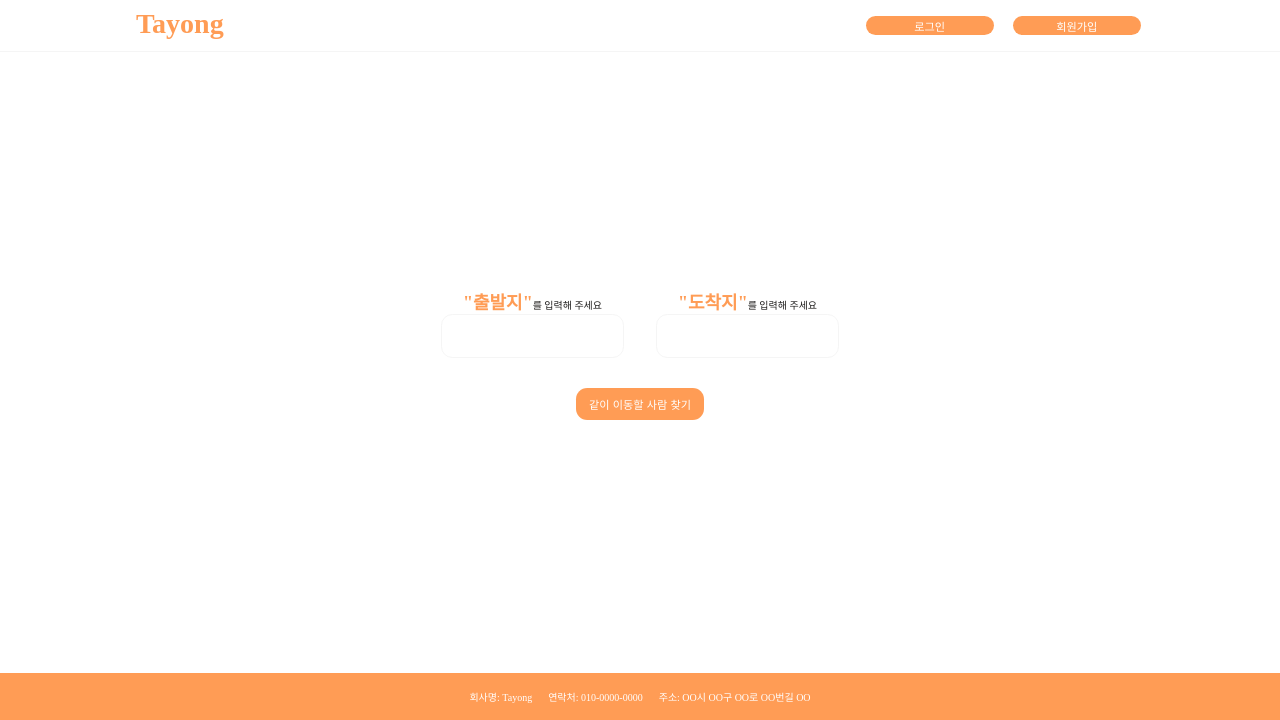
Repository: YEOMJINSEOP/playground
Page: / (app in tayong/)
The author's editor kept a copy of each file at every save. The page is drawn from the files as they stood at one save, then again after the next save.
The browser window is 1280 px wide. The pictures show the whole page.
The project was rebuilt for these pictures with package versions that can differ from the ones it lists, and the page was loaded fresh each time.

Above is the page before, as saved 2022-10-28 14:34:10.

After the next save:
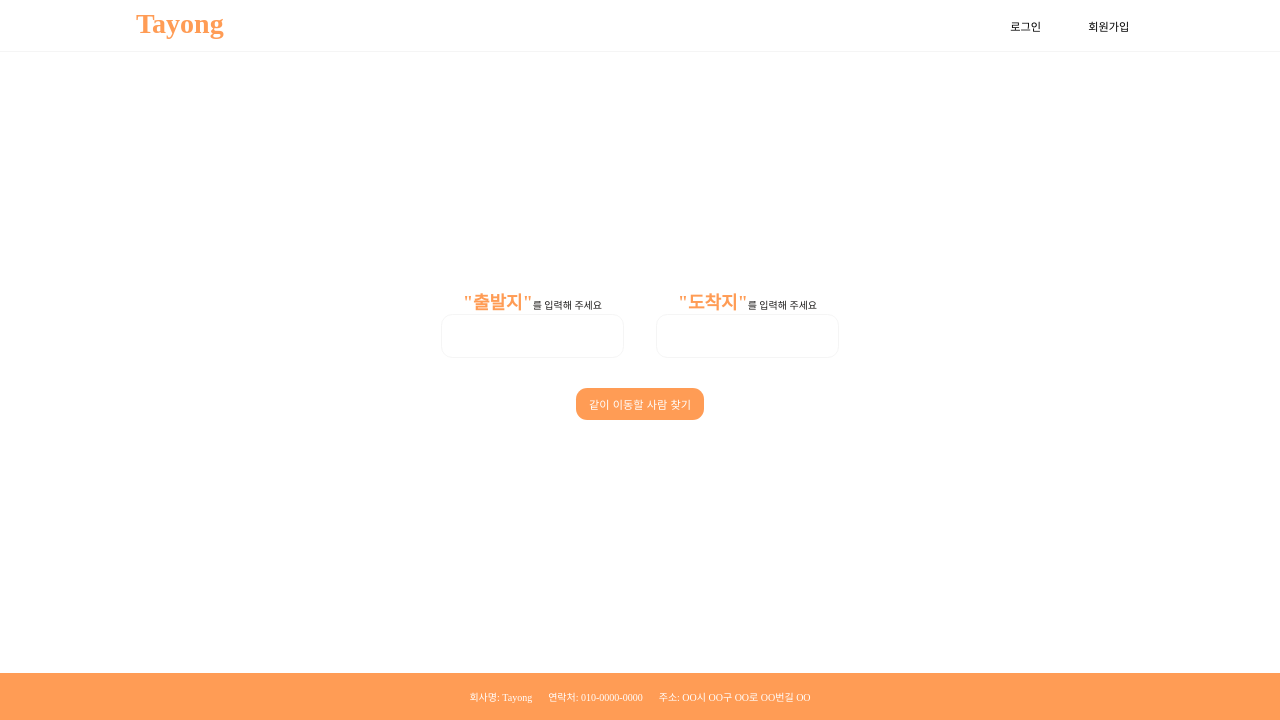
Saved 27 s later.
--- a/tayong/src/components/locationSelector/locationSelector.module.css
+++ b/tayong/src/components/locationSelector/locationSelector.module.css
@@ -41,7 +41,7 @@ span{
   color: var(--color-orange);
 }
 
-button{
+.submitBtn{
   width: 8rem;
   height: 2rem;
   color: var(--color-white);
